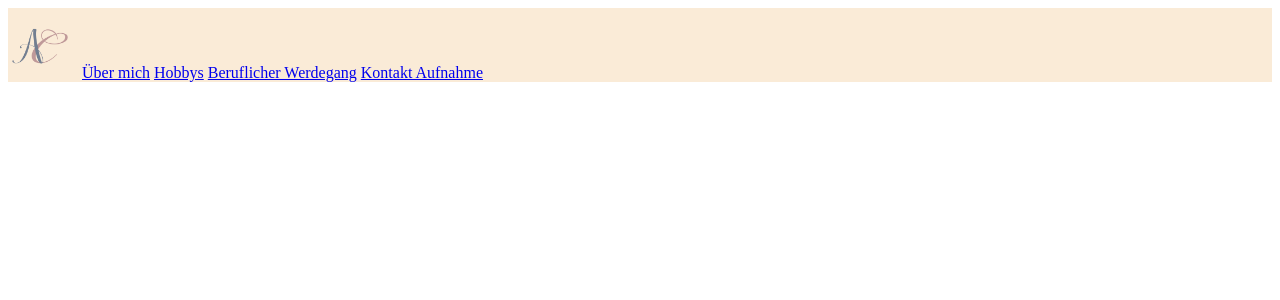
Repository: Ava-VictoriaCrivello/website
Page: index.html
These files come from the project's save history. The page is drawn as it stood at one moment and after the next save; the edit follows.
The browser window is 1280 px wide. The pictures show the whole page.

Above is the page before, as saved 2022-05-29 11:26:45.

After the next save:
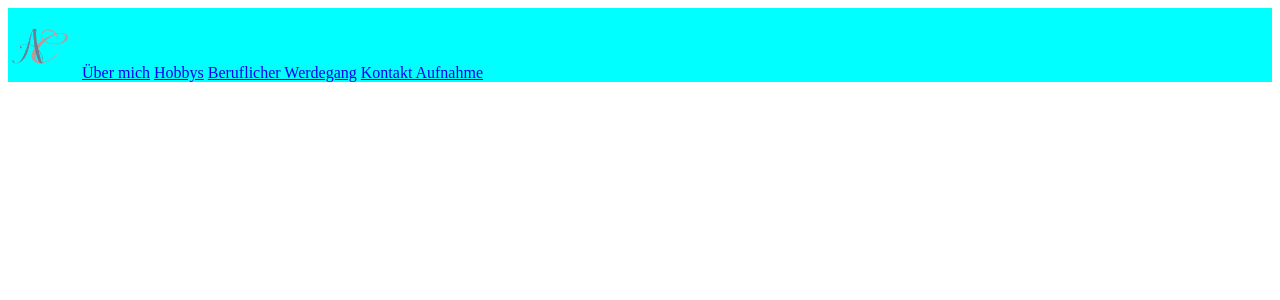
Saved 31 s later.
--- a/style.css
+++ b/style.css
@@ -1,3 +1,3 @@
 header {
-  background-color: antiquewhite;
+  background-color: aqua;
 }
